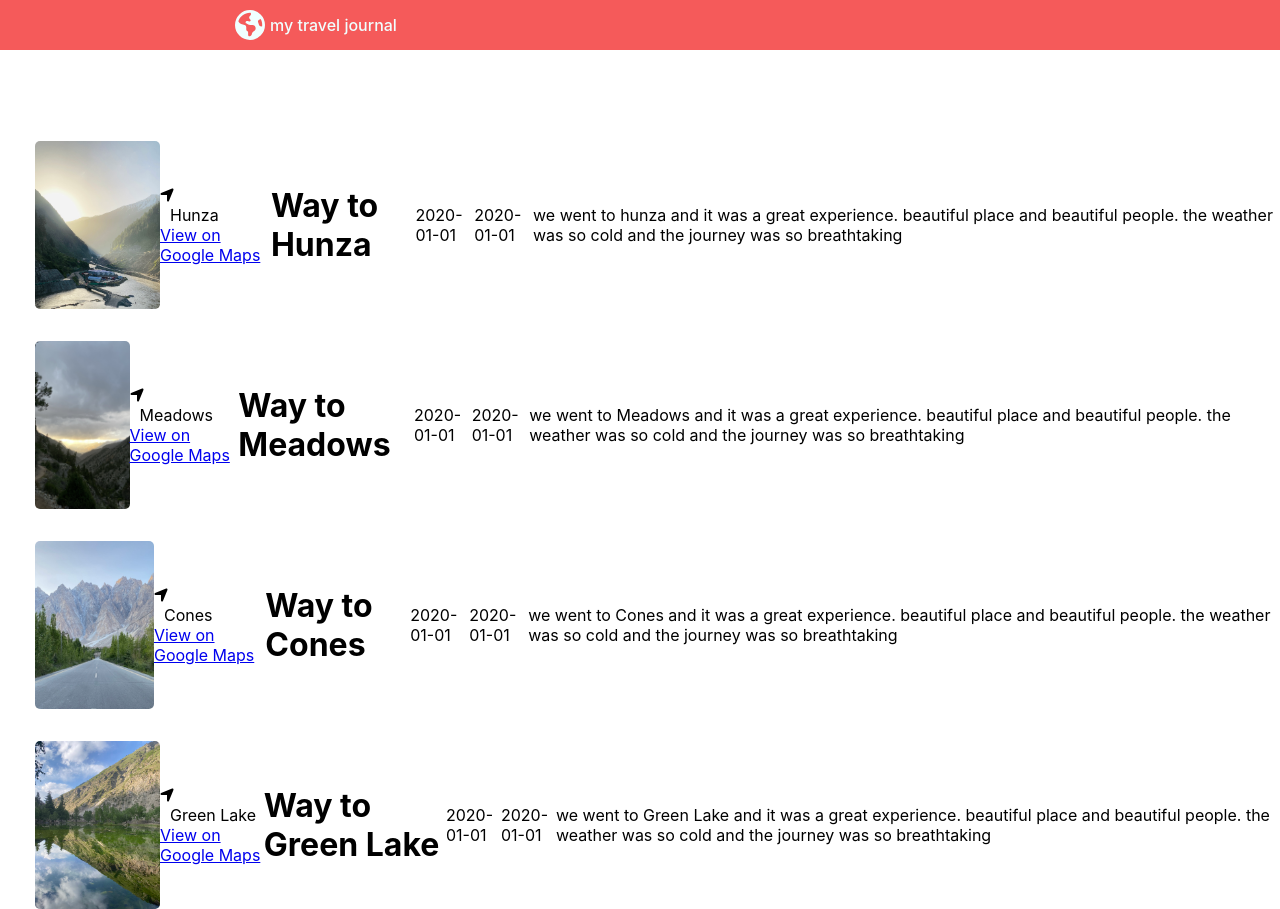
Repository: mortiestmorty1/travel-journal
Page: /
These files come from the project's save history. The page is drawn as it stood at one moment and after the next save; the edit follows.
The browser window is 1280 px wide. The pictures show the whole page.
The project was rebuilt for these pictures with package versions that can differ from the ones it lists, and the page was loaded fresh each time.

Above is the page before, as saved 2024-01-17 14:51:31.

After the next save:
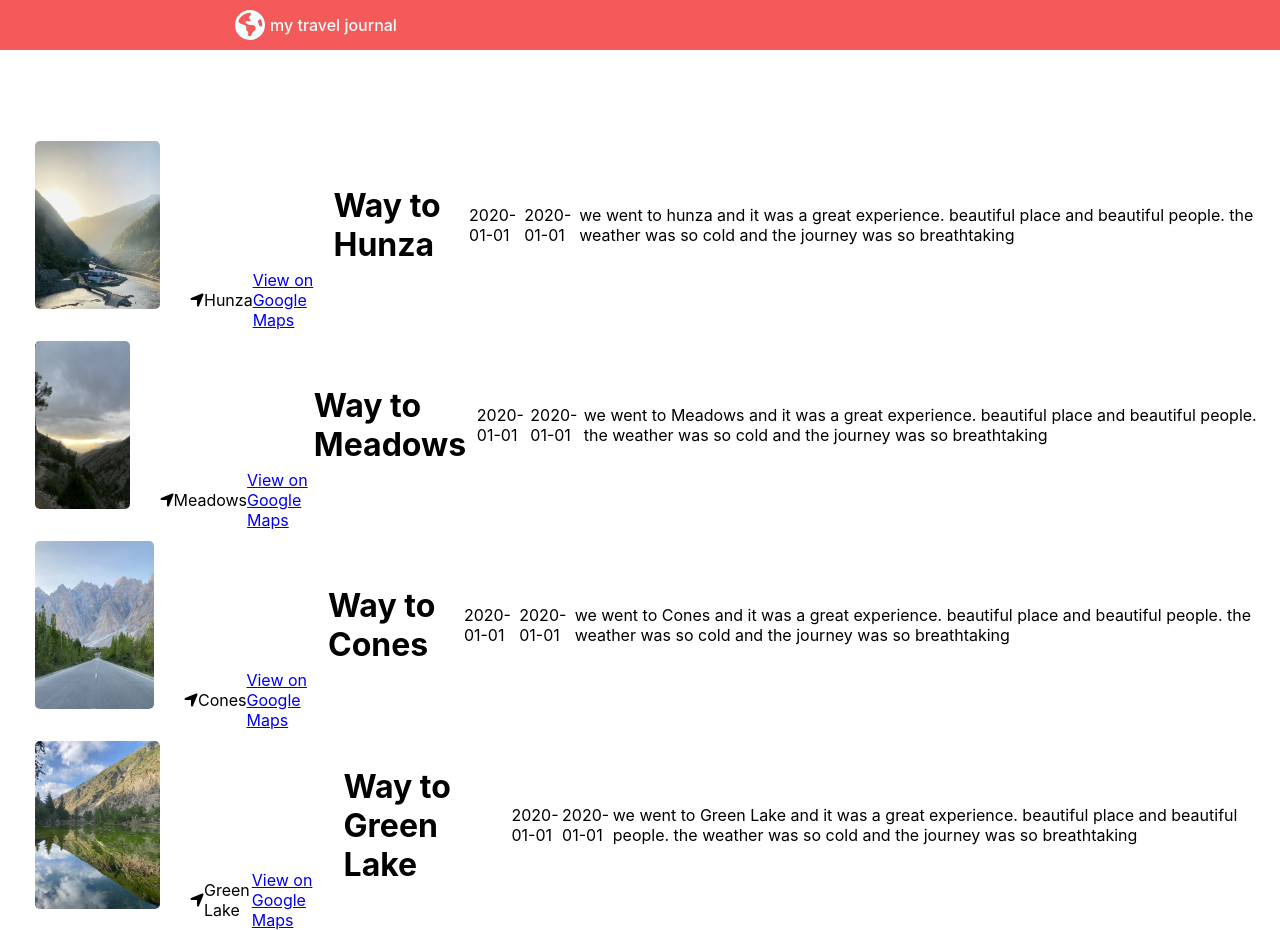
Saved 19 s later.
--- a/src/App.css
+++ b/src/App.css
@@ -38,8 +38,11 @@
   color: azure;
   border-radius: 5px;
 }
-.location{
+.section1{
   display: flex;
   justify-content: space-between;
-  margin-left: 10px;
+  align-items: center;
+  margin-top: 150px;
+  height: 50px;
+  margin-left: 30px;
 }
